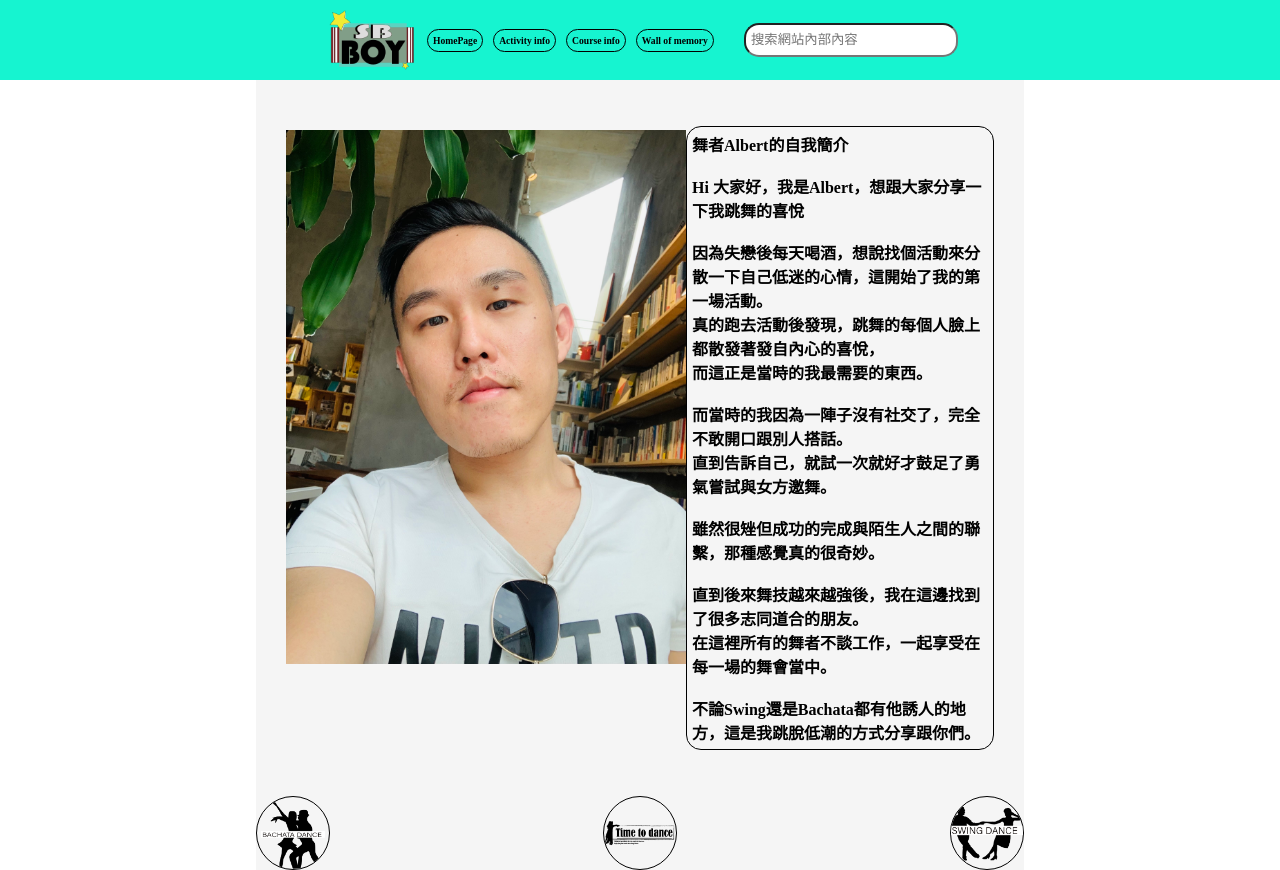
Repository: AlbertKoii/0718_Learning_Javascript
Page: aboutme/aboutme_try.html
An editor plug-in stored every save of this project. The page is shown before and after a run of saves, followed by the edit.
The browser window is 1280 px wide. The pictures show the whole page.

Above is the page before, as saved 2023-07-26 13:37:47.
Not found: aboutme/script.js

### aboutme/aboutme_try.html
<!DOCTYPE html>
<html lang="en">
<head>
    <meta charset="UTF-8">
    <meta name="viewport" content="width=device-width, initial-scale=1.0">
    <link rel="stylesheet" href="aboutme.try.css">
    <title>About me</title>
</head>
<body>
    <!-- 第一層 -->
    <div class="search-bar">
        <img class="logo" src="../img/logo.png" alt="圖片">
        <div class="links">
            <a class="link" href="../index.html">HomePage</a>
            <a class="link" href="./Activity info/ActivityInfo.html">Activity info</a>
            <a class="link" href="./CourseInfo/Courseinfo.html">Course info</a>
            <a class="link" href="./WallOfMemory.html/WallOfMemory.html">Wall of memory</a>
        </div>
        <div class="search">
            <input type="text" placeholder="搜索網站內部內容">
        </div>
    </div>

    <!-- 第二層 -->
    <div class="content">
        <div class="left">
            <img src="../img/Myhead.jpg" alt="個人照片">
        </div>
        <div class="right">
            <p style="font-size: 16px"><b>舞者Albert的自我簡介</b><b>
            <br><br>
            Hi 大家好，我是Albert，想跟大家分享一下我跳舞的喜悅<br>
            <br>
            因為失戀後每天喝酒，想說找個活動來分散一下自己低迷的心情，這開始了我的第一場活動。<br>
            真的跑去活動後發現，跳舞的每個人臉上都散發著發自內心的喜悅，<br>
            而這正是當時的我最需要的東西。<br>
            <br>
            而當時的我因為一陣子沒有社交了，完全不敢開口跟別人搭話。<br>
            直到告訴自己，就試一次就好才鼓足了勇氣嘗試與女方邀舞。<br>
            <br>
            雖然很矬但成功的完成與陌生人之間的聯繫，那種感覺真的很奇妙。<br>
            <br>
            直到後來舞技越來越強後，我在這邊找到了很多志同道合的朋友。<br>
            在這裡所有的舞者不談工作，一起享受在每一場的舞會當中。<br>
            <br>
            不論Swing還是Bachata都有他誘人的地方，這是我跳脫低潮的方式分享跟你們。</b>
            </p>
        </div>
    </div>

    <!-- 第三層 -->
    <div class="Icon">
        <img src="../img/BachataDanceIcon.png" alt="圖片1">
        <img src="../img/DanceIcon_01.png" alt="圖片2">
        <img src="../img/SwingDanceIcon.png" alt="圖片3">
    </div>

    <script src="script.js" defer></script>
</body>
</html>

### aboutme/aboutme.try.css
*{
    position: relative;
    font-family: 微軟正黑體;
}

html, body{
    padding: 0px;
    margin: 0px;

}
/* 第一層樣式 */
.search-bar {
    display: flex;
    align-items: center;
    justify-content:center;
    padding: 10px;
    text-overflow: ellipsis;
    background-color: #16F4D0;
}

.search-bar input {
    width: 200px;
    height: 3vh;
    padding: 5px;
    position: relative;
}
.logo{
    width: 100px;
}
.links {
    font-size: .6em;
    display: flex;
    white-space: nowrap;
}

.link {
    margin: 0 5px;
    padding: 5px;
    cursor: pointer;
    border-radius: 15px;
    border: solid .4px black;
    text-decoration: none;
    color: black;
    font-weight:700
}

.search{
    margin-left: 2%;
}

.search input{
    border-radius: 15px;
    height: 20px;
}
/* 第二層樣式 */
.content {
    display: flex;
    padding: 20px;
    background-color: #f5f5f5;
    text-overflow: ellipsis;
    margin-left:20%;
    margin-right: 20%;
    padding: 30px;

}

.left img {
    width: 400px;
    margin-top: 20px;
    height: auto;
    object-fit: cover;
}
.right {
    width:fit-content
    margin-left: 5%;

    }
.right p{
    border: 1px solid black;
    border-radius: 15px;
    padding: 5px;
}


/* 第三層樣式 */
.Icon {
    display: flex;
    margin-left:20%;
    margin-right: 20%;
    justify-content: space-between;
    background-color: #f5f5f5;
}
.Icon img{
    height: 10vh;
    width: auto;
    padding: auto;
    border: 1px solid black;
    border-radius: 100%;
}

After the next 3 saves:
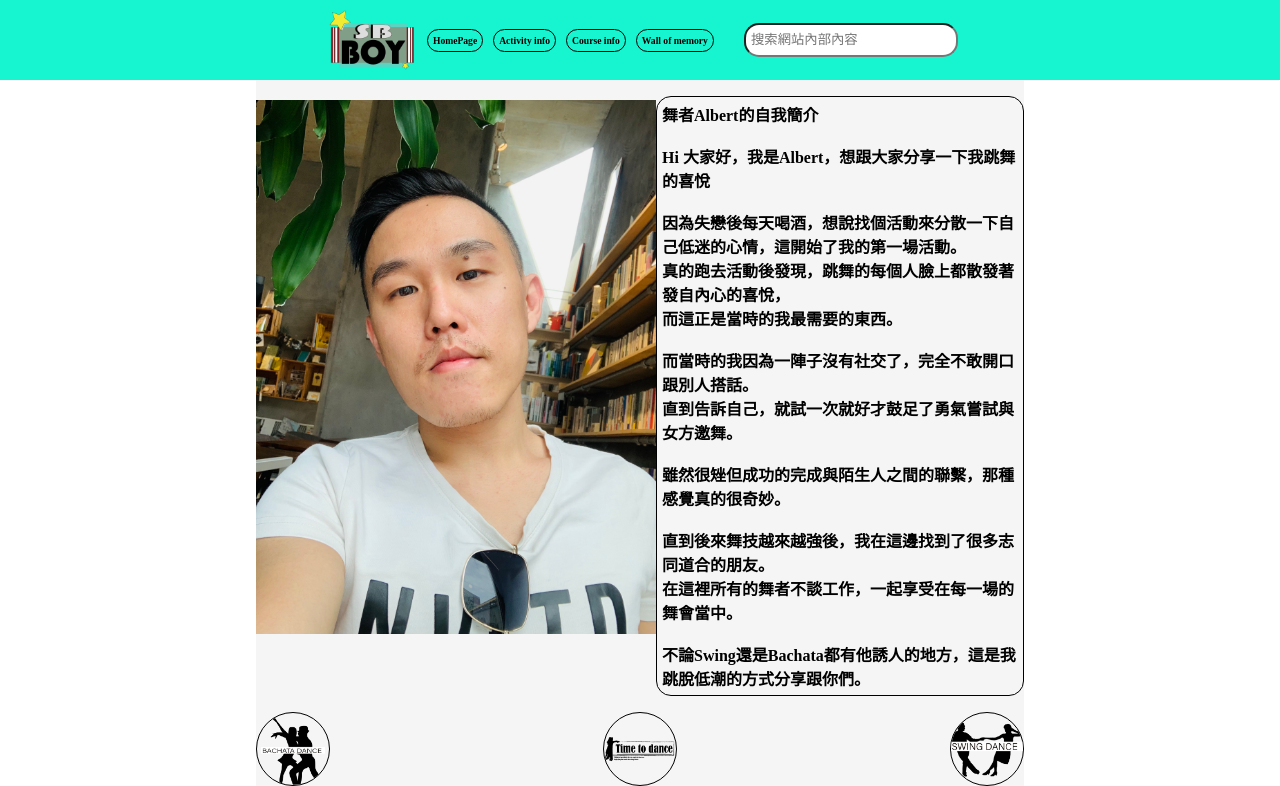
The 3 saves are shown as one change because they came seconds apart.
The last was saved 10 s later.
--- a/aboutme/aboutme.try.css
+++ b/aboutme/aboutme.try.css
@@ -55,12 +55,10 @@ html, body{
 /* 第二層樣式 */
 .content {
     display: flex;
-    padding: 20px;
     background-color: #f5f5f5;
     text-overflow: ellipsis;
     margin-left:20%;
-    margin-right: 20%;
-    padding: 30px;
+    margin-right: 20%;x`
 
 }
 
